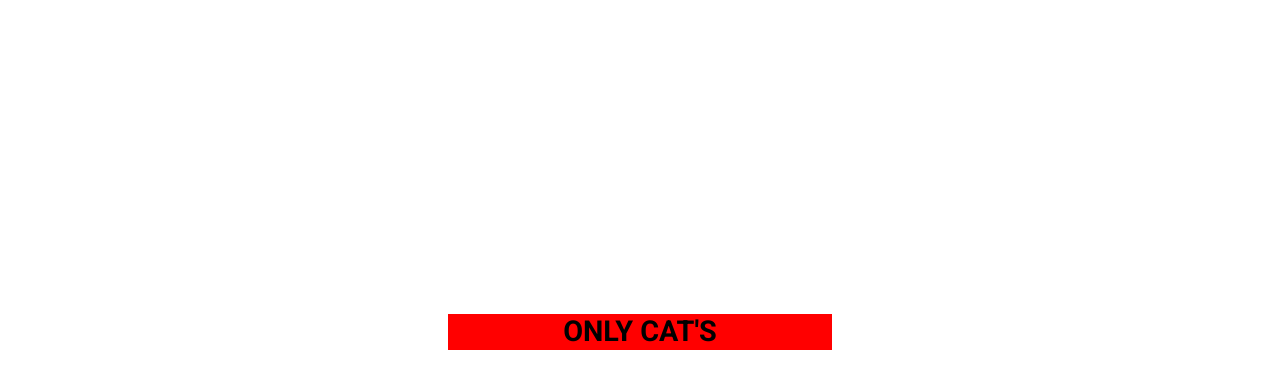
Repository: itson1115/chan_git
Page: cat/index.html
The author's editor kept a copy of each file at every save. The page is drawn from the files as they stood at one save, then again after the next save.
The browser window is 1280 px wide. The pictures show the whole page.

Above is the page before, as saved 2021-09-01 19:36:28.

### cat/index.html
<!DOCTYPE html>
<html lang="ko">
<head>
  <meta charset="UTF-8">
  <meta http-equiv="X-UA-Compatible" content="IE=edge">
  <meta name="viewport" content="width=device-width, initial-scale=1.0">
  <title>Document</title>
  <link rel="stylesheet" href="css/style.css">
</head>
<body>
  <div class="container">
    <div class="animated-title">
      <div class="text-top">
        <div>
          <span>ALL FOR CATS</span>
        </div>
      </div>
      <div class="text-bottom">
        <div>& CAT PERSON</div>
      </div>
      <div class="text-rect">
        <div><span>ONLY</span><span> CAT'S</span></div>
      </div>
    </div>
    </div>

</body>
</html>

### cat/css/style.css
@import url("https://fonts.googleapis.com/css?family=Roboto:700");

:root {
  --title-text-show-delay: 0.5s;
  --title-text-show-duration: 0.5s;
  --title-rect-show-duration: 0.3s;
  --title-cats-show-duration: 0.4s;
  --title-rect-hide-delay: 2s;
}

@keyframes showTopText {
  0% {
    transform: translate3d(0, 100%, 0);
  }
  100% {
    transform: translate3d(0, 0%, 0);
  }
}

@keyframes showBottomText {
  0% {
    transform: translate3d(0, -100%, 0);
  }
  100% {
    transform: translate3d(0, 0, 0);
  }
}

@keyframes hideTopText {
  0% {
    transform: translate3d(0, 0, 0);
  }
  100% {
    transform: translate3d(0, 100%, 0);
  }
}

@keyframes hideBottomText {
  0% {
    transform: translate3d(0, 0, 0);
  }
  100% {
    transform: translate3d(0, -100%, 0);
  }
}

.animated-title {
  color: #000;
  font-family: Roboto, Arial, sans-serif;
  height: 90vmin;
  /* left: 50%; */
  margin: 0 auto;
  position: relative;
  top: 100%;
  /* // transform: translate(-50%, -50%); */
  width: 90vmin;
}
.animated-title > div {
  height: 50%;
  overflow: hidden;
  position: absolute;
  width: 100%;
}
.animated-title > div div {
  font-size: 12vmin;
  position: absolute;
}
.animated-title > div div span {
  display: block;
}
.animated-title > div.text-top {
  /* border-bottom: 1vmin solid #000; */
  top: 0;
  animation: showTopTextSlideIn var(--title-rect-show-duration)
      calc(var(--title-text-show-delay) + var(--title-text-show-duration))
      forwards,
    showTopTextSlideOut var(--title-rect-show-duration)
      calc(
        var(--title-text-show-delay) + var(--title-text-show-duration) +
          var(--title-rect-show-duration) + var(--title-rect-hide-delay)
      )
      forwards;
}
.animated-title > div.text-top div {
  animation: showTopText var(--title-text-show-duration)
      var(--title-text-show-delay) forwards,
    hideTopText var(--title-rect-show-duration)
      calc(
        var(--title-text-show-delay) + var(--title-text-show-duration) +
          var(--title-rect-show-duration) + var(--title-rect-hide-delay)
      )
      forwards;
  bottom: -1rem;
  transform: translate(0, 100%);
}
.animated-title > div.text-bottom {
  bottom: 0;
  animation: showBottomTextSlideIn var(--title-rect-show-duration)
      calc(var(--title-text-show-delay) + var(--title-text-show-duration))
      forwards,
    showBottomTextSlideOut var(--title-rect-show-duration)
      calc(
        var(--title-text-show-delay) + var(--title-text-show-duration) +
          var(--title-rect-show-duration) + var(--title-rect-hide-delay)
      )
      forwards;
}

.animated-title > div.text-bottom div {
  animation: showBottomText var(--title-text-show-duration)
      var(--title-text-show-duration) forwards,
    hideBottomText var(--title-rect-show-duration)
      calc(
        var(--title-text-show-delay) + var(--title-text-show-duration) +
          var(--title-rect-show-duration) + var(--title-rect-hide-delay)
      )
      forwards;
  top: -1rem;
  transform: translate(0, -100%);
}

.animated-title > .text-rect {
  background: red;
  margin: auto auto;
  left: 0;
  right: 0;
  width: 0px;
  height: 0px;
  animation: showRect var(--title-rect-show-duration)
      calc(var(--title-text-show-delay) + var(--title-text-show-duration))
      forwards,
    hideRect var(--title-rect-show-duration)
      calc(
        var(--title-text-show-delay) + var(--title-text-show-duration) +
          var(--title-rect-show-duration) + var(--title-rect-hide-delay)
      )
      forwards;
  top: 50%;
}

@keyframes showTopTextSlideIn {
  0% {
    top: 0;
    left: 0;
  }
  100% {
    left: -10vmax;
    top: -2.5vmin;
  }
}

@keyframes showBottomTextSlideIn {
  0% {
    bottom: 0;
    left: 0;
  }
  100% {
    left: 10vmax;
    bottom: -2.5vmin;
  }
}

/* @keyframes showTopTextSlideOut {
  0% {
    left: -10vmax;
    top: -2.5vmin;
  }
  100% {
    top: 0;
    left: 0;
  }
}

@keyframes showBottomTextSlideOut {
  0% {
    left: 10vmax;
    bottom: -2.5vmin;
  }
  100% {
    bottom: 0;
    left: 0;
  }
} */

@keyframes showRect {
  0% {
    top: 50%;
  }
  100% {
    width: 30vmax;
    height: 5vmin;
    top: calc(50% - 2.55vmin);
  }
}

/* @keyframes hideRect {
  0% {
    width: 30vmax;
    height: 5vmin;
    top: calc(50% - 2.5vmin);
  }

  100% {
    top: 50%;
    width: 0;
    height: 0;
  }
} */

.animated-title > .text-rect > div {
  left: 0;
  right: 0;
  text-align: center;
  font-size: 4vmin;

  animation: showCatTextShow var(--title-cats-show-duration)
    calc(
      var(--title-text-show-delay) + var(--title-text-show-duration) +
        var(--title-rect-show-duration)
    )
    forwards;

  transform: translate(-100%, 0);
  display: inline;
}

.animated-title > .text-rect > div > span,
.animated-title > .text-rect > div > div {
  display: inline;
  font-size: 4vmin;
}

@keyframes showCatTextShow {
  0% {
    transform: translate3d(-100%, 0, 0);
  }
  100% {
    transform: translate3d(0, 0, 0);
  }
}

After the next save:
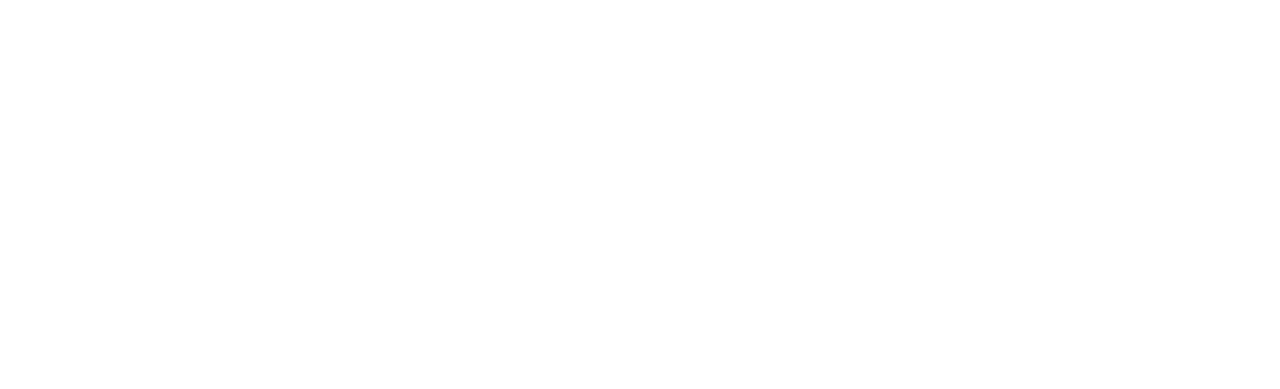
Saved 12 s later.
--- a/cat/css/style.css
+++ b/cat/css/style.css
@@ -193,7 +193,7 @@
   }
 }
 
-/* @keyframes hideRect {
+@keyframes hideRect {
   0% {
     width: 30vmax;
     height: 5vmin;
@@ -205,7 +205,7 @@
     width: 0;
     height: 0;
   }
-} */
+}
 
 .animated-title > .text-rect > div {
   left: 0;

After the save that followed:
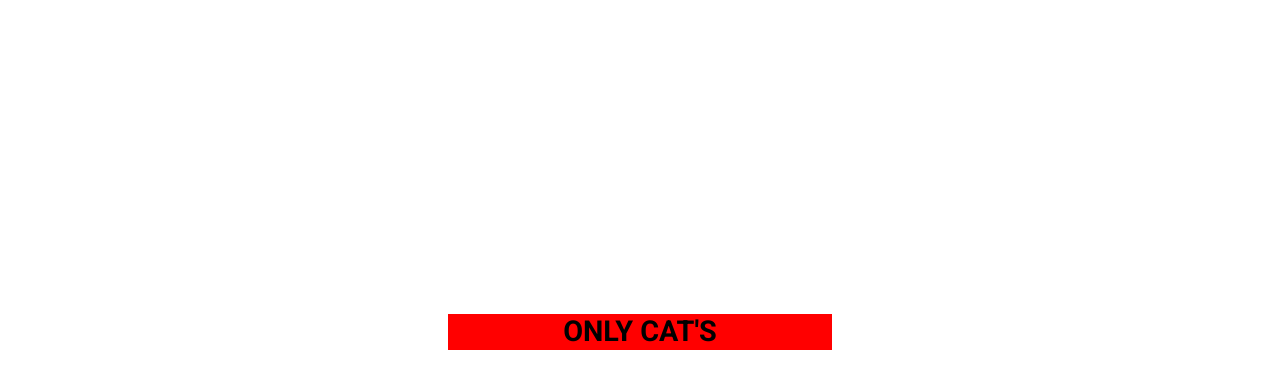
Saved 31 s later.
--- a/cat/css/style.css
+++ b/cat/css/style.css
@@ -132,7 +132,8 @@
     hideRect var(--title-rect-show-duration)
       calc(
         var(--title-text-show-delay) + var(--title-text-show-duration) +
-          var(--title-rect-show-duration) + var(--title-rect-hide-delay)
+          var(--title-rect-show-duration) + var(--title-rect-hide-delay) +
+          var(--title-rect-hide-delay)
       )
       forwards;
   top: 50%;
